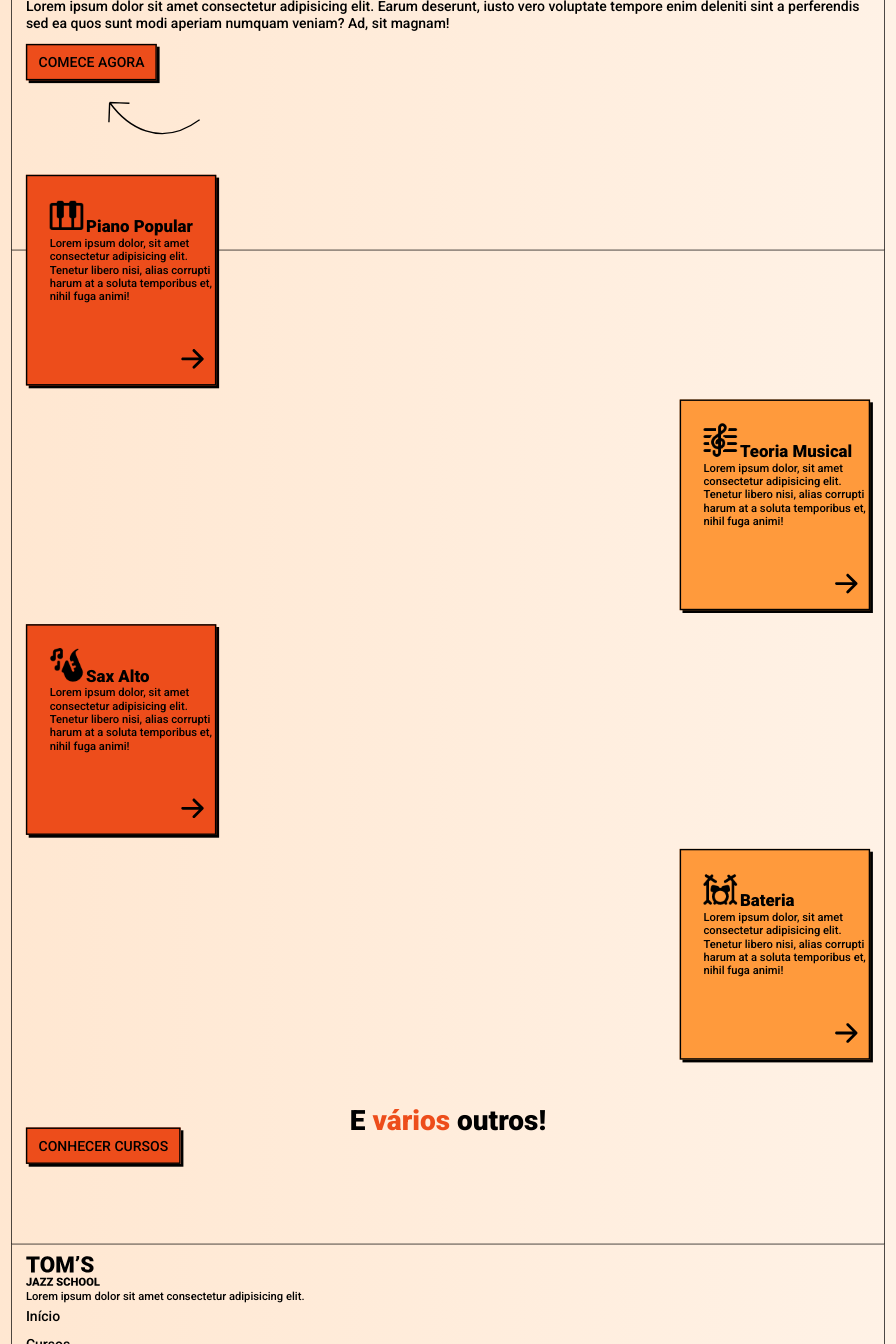
Repository: tenoriodasilva31/OBC-Music-School
Page: index.html
The author's editor kept a copy of each file at every save. The page is drawn from the files as they stood at one save, then again after the next save.
The browser window is 1280 px wide. The pictures show the part of the page from y = 1044 to 2964 px (the page is 3321 px tall before and 2358 px after), at 70% of full size.

Above is the page before, as saved 2023-07-05 18:10:15.

### index.html
<!DOCTYPE html>
<html lang="pt-BR">
<head>
    <meta charset="UTF-8">
    <meta name="viewport" content="width=device-width, initial-scale=1.0">
    <title>Tom's Jazz School</title>

    <link rel="preconnect" href="https://fonts.googleapis.com">
    <link rel="preconnect" href="https://fonts.gstatic.com" crossorigin>

    <link rel="stylesheet" href="index.css">

    <link href="https://fonts.googleapis.com/css2?family=Roboto:wght@500;900&display=swap" rel="stylesheet">
</head>
<body>
    <header>
        <img src="./img/logo.svg" alt="Tom's School">
        <nav class="mt-1 mx-auto">
            <a href="#">Início</a>
            <a href="#">Cursos</a>
            <a href="#">Eventos</a>
            <a href="#">Contato</a>
        </nav>
        <button href="#" class="button mt-1 mb-1 mx-auto">Inscreva-se</button>
    </header>
    <main>
        <section class="hero-section">
            <img src="/img/hero-img.svg" alt="Banda de jazz se apresentando">
            <div>
                <h1 class="mt-2">Crie algo <span class="text-primary decoration">impactante</span> com música</h1>
                <p class="mt-2 mb-2">Lorem ipsum dolor sit amet consectetur adipisicing elit. Earum deserunt, iusto vero voluptate tempore enim deleniti sint a perferendis sed ea quos sunt modi aperiam numquam veniam? Ad, sit magnam!</p>
                <a href="#" class="button mt-1 mb-1 mx-auto">Comece agora</a>
            </div>
        </section>
        <section class="courses-section">
            <div class="cards">
            <article class="card">
                <img src="/img/piano.png" alt="icone de teclas de piano">
                <strong>Piano Popular</strong>
                <p>Lorem ipsum dolor, sit amet consectetur adipisicing elit. Tenetur libero nisi, alias corrupti harum at a soluta temporibus et, nihil fuga animi!</p>
                <a href="#">
                    <img src="/img/arrow-right.svg" alt="Ir para página do curso">
                </a>
            </article>
            <article class="card">
                <img src="/img/clef.png" alt="icone clave">
                <strong>Teoria Musical</strong>
                <p>Lorem ipsum dolor, sit amet consectetur adipisicing elit. Tenetur libero nisi, alias corrupti harum at a soluta temporibus et, nihil fuga animi!</p>
                <a href="#">
                    <img src="/img/arrow-right.svg" alt="Ir para página do curso">
                </a>
            </article>
            <article class="card">
                <img src="/img/sax.png" alt="icone de teclas de piano">
                <strong>Sax Alto</strong>
                <p>Lorem ipsum dolor, sit amet consectetur adipisicing elit. Tenetur libero nisi, alias corrupti harum at a soluta temporibus et, nihil fuga animi!</p>
                <a href="#">
                    <img src="/img/arrow-right.svg" alt="Ir para página do curso">
                </a>
            </article>
            <article class="card">
                <img src="/img/drums.png" alt="icone de teclas de piano">
                <strong>Bateria</strong>
                <p>Lorem ipsum dolor, sit amet consectetur adipisicing elit. Tenetur libero nisi, alias corrupti harum at a soluta temporibus et, nihil fuga animi!</p>
                <a href="#">
                    <img src="/img/arrow-right.svg" alt="Ir para página do curso">
                </a>
            </article>
            </div>
            <h2 class="text-center">E <span class="text-primary">vários</span> outros!</h2>
            <a href="#" class="button mt-2 mx-auto">Conhecer cursos</a>
        </section>
    </main>

    <footer>
        <div>
            <img src="/img/logo.svg" alt="Tom's School">
            <p>Lorem ipsum dolor sit amet consectetur adipisicing elit. </p>
        </div>
        <nav>
            <a href="#">Início</a>
            <a href="#">Cursos</a>
            <a href="#">Eventos</a>
            <a href="#">Contato</a>
        </nav>
        <form class="newsleter-form">
            <label for="email" class="mb-1">Receba materiais <span class="text-primary">gratuitos</span> no seu email</label>
            <input type="text" name="email" id="email" class="mb-1" placeholder="Digite seu melhor email">
            <button class="button mb-2">QUERO RECEBER</button>
        </form>
    </footer>
</body>
</html>

### index.css
* {
    box-sizing: border-box;
    font-family: 'Roboto', sans-serif;
    margin: 0;
    padding: 0;
}

:root {
    --color-primary: #ED4D1B;
    --color-secondary: #FF9a3c;
    --color-black: #000;
    --color-white: #FFF;
}

body {
    background: linear-gradient(90deg, #ffe7d1 0%, #FFF2e6 100%);
    padding: 0 1rem;
}

header,.hero-section, .courses-section, footer {
    border-color: var(--color-black);
    border-style: solid;
    border-width: 0 1px 1px 1px;
    padding: 1.25rem;
}

header img {
    display: block;
    margin: 1rem auto;
}

header nav {
    display: grid;
    grid-template-columns: 1fr, 1fr;
}

nav a {
    color: var(--color-black);
    font-size: 1.25rem;
    padding: .5rem;
    text-decoration: none;
}

header nav a:nth-child(2n-1) {
    text-align: right;
}

.button {
    background-color: var(--color-primary);
    border: 2px solid var(--color-black);
    box-shadow: 4px 4px 0 var(--color-black);
    color: var(--color-black);
    display: black;
    font-size: 1.25rem;
    padding: .75rem 1rem;
    max-width: 14rem;
    text-align: center;
    text-decoration: none;
    text-transform: uppercase;
}

.hero-section {
    padding-right: 0;
    padding-bottom: 16rem;

}

.hero-section img {
    display: block;
    margin: 1.25rem 0 0 auto;
    max-width: 100%;
}

h1 {
    font-size: 3rem;
    line-height: 105%;
}

h2 {
    font-size: 2.5rem;
}

.hero-section p {
    font-size: 1.25rem;
    padding-right: 1.25rem;
}

.hero-section .button {
    position: relative;

}

.hero-section .button::after {
    content: '';
    background: url("/img/arrow-curve.svg");
    position: absolute;
    top: 5rem;
    right: -4rem;
    height: 48px;
    width: 132px;
}

.decoration {
    display: block;
    position: relative;
}

.decoration::after {
    content: '';
    background: url(/img/three-dashes.svg);
    position: absolute;
    top: -0.75rem;
    height: 36px;
    width: 40px;
}

.courses-section {
    padding-bottom: 8rem;

}

.cards {
    display: flex;
    flex-direction: column;
    align-items: start;
    gap: 1.25rem;
    margin-top: -8rem;
    margin-bottom: 4rem;
}

.card {
    background-color: var(--color-primary);
    border: 2px solid var(--color-black);
    box-shadow: 4px 4px 0 var(--color-black);
    max-width: 17rem;
    padding: 2rem 0 0 2rem;
}

.card:nth-child(2n) {
    align-self: end;
    background-color: var(--color-secondary)
}

.card strong {
    display: black;
    font-size: 1.5rem;
    margin: 1rem 0;
}

.card a {
    display: block;
    margin: 3rem 0 0 auto;
    width: fit-content;
}
/* rodapé */

footer {
    border-bottom: 0;
    padding: 1rem 1.25rem 4rem;

}

footer nav a {
    display: block;
    padding-left: 0;
}

.newsleter-form label {
    display: block;
    font-size: 1.5rem
}

.newsleter-form input {
    border: 2px solid var(--color-black);
    box-shadow: 4px 4px 8 var(--color-black);
    font-size: 1.5rem;
    padding: .5rem;
    width: 100%;
}

/* Utilitários */


.mt-1 {
    margin-top: 1rem;
}

.mt-2 {
    margin-top: 2rem;
}

.mb-1 {
    margin-bottom: 1rem;
}

.mb-2 {
    margin-bottom: 2rem;
}

.mx-auto {
    margin-left: auto;
    margin-right: auto;
}

.text-primary {
    color: var(--color-primary);
}

.text-center {
    text-align: center;
}

/* responsiveness */

@media screen and (min-width: 40rem) {
    header nav {
        display: block;
        text-align: center;
    }
}

After the next save:
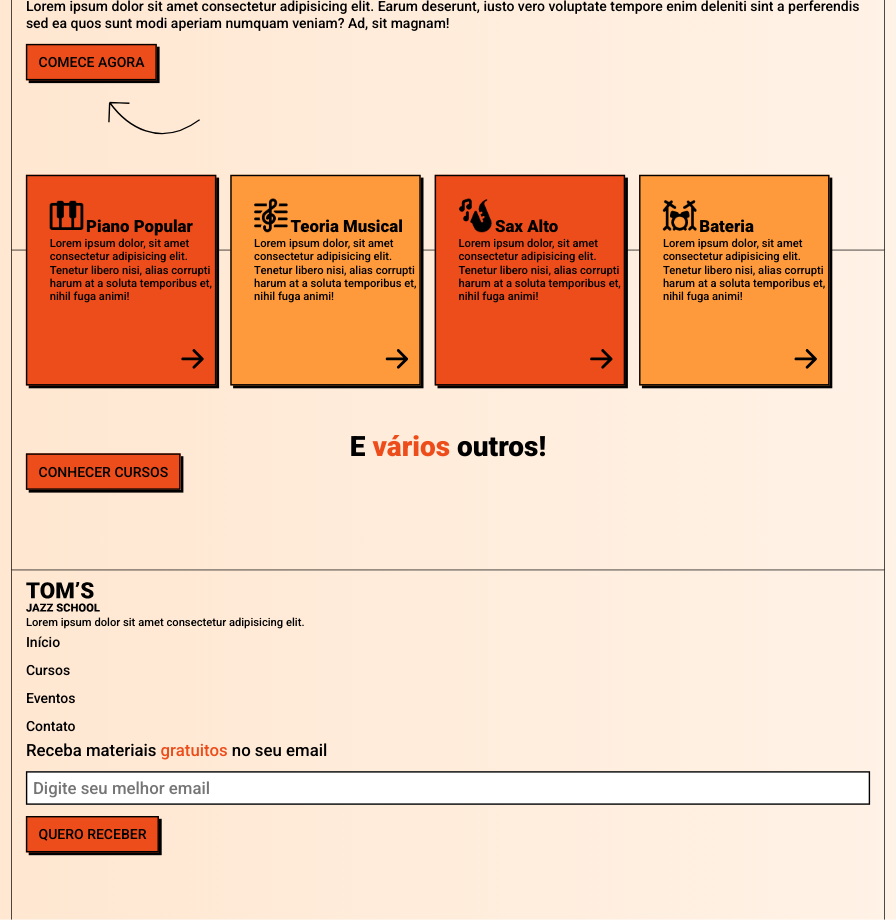
Saved 44 s later.
--- a/index.css
+++ b/index.css
@@ -217,4 +217,8 @@ footer nav a {
         display: block;
         text-align: center;
     }
-}
+
+    .cards {
+        flex-direction: row;
+    }
+}
